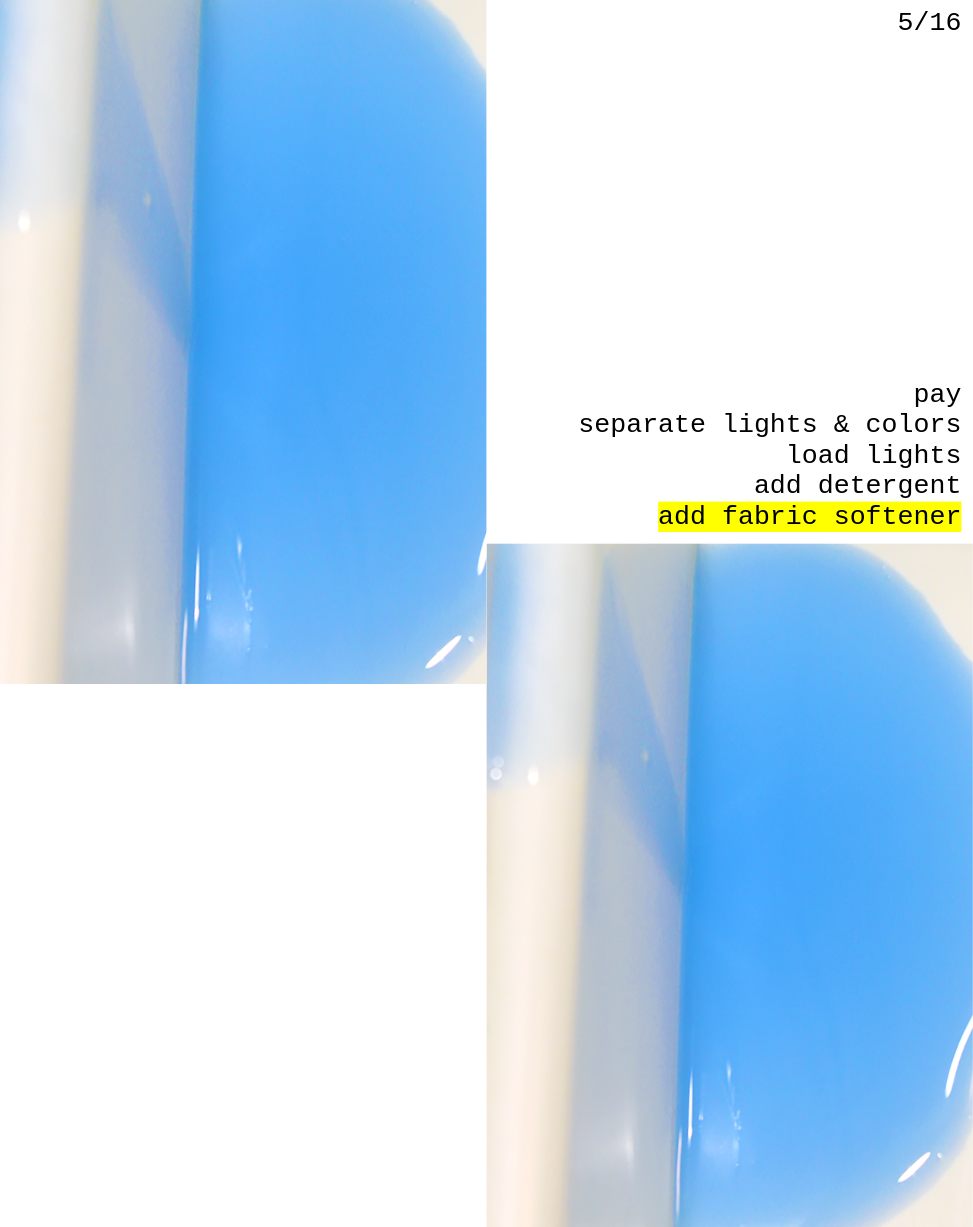
Repository: ortik455/ortik455.github.io
Page: studio/laundrysite/five.html
The author's editor kept a record of every edit. The page is drawn from the files as they stood at one moment, then again after the next edit.
The browser window is 1280 px wide. The pictures show the whole page, at 76% of full size.

Above is the page before.

After the next edit:
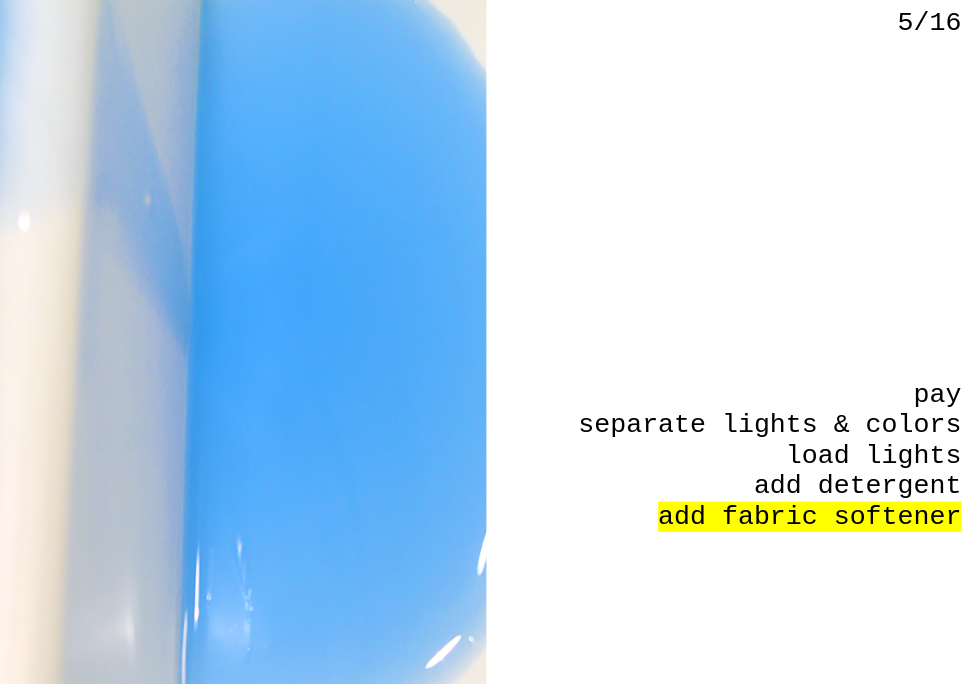
The edit:
--- a/studio/laundrysite/five.html
+++ b/studio/laundrysite/five.html
@@ -30,8 +30,5 @@
 		</div>
 	  </div>
 
-	  <div class="photos">
-	  	<a href="six.html"><img src="photos/softener.png"  alt=""></a>
-	  </div>
 	</body>
 </html>
